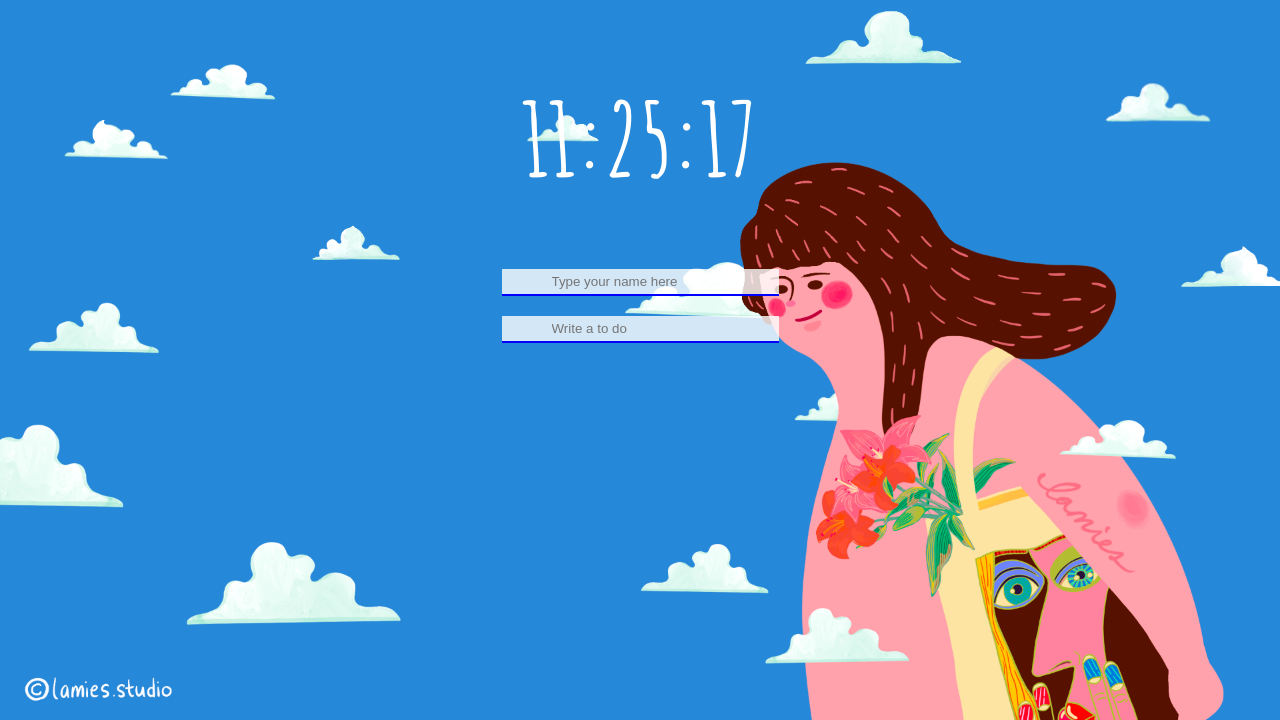
Repository: haleyjung/chrome_app
Page: index.html
An editor plug-in stored every save of this project. The page is shown before and after the next save, followed by the edit.
The browser window is 1280 px wide. The pictures show the whole page.

Above is the page before, as saved 2020-11-23 15:28:28.

After the next save:
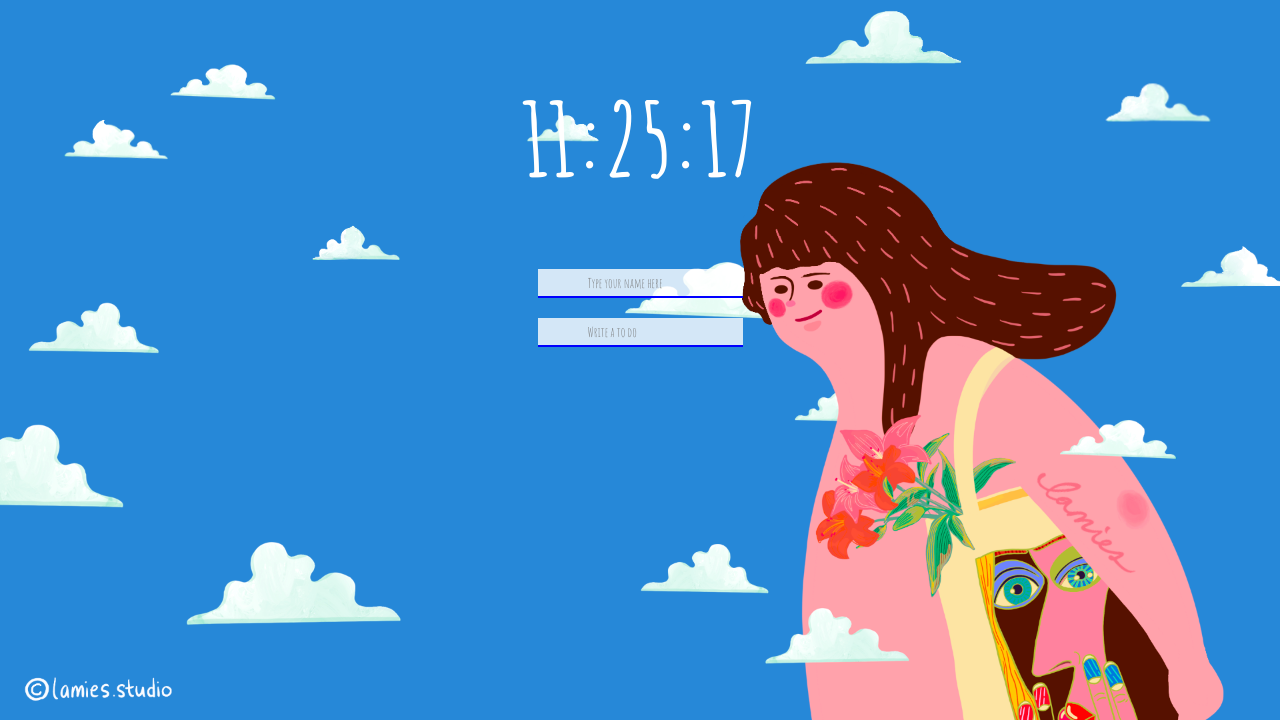
Saved 33 s later.
--- a/index.css
+++ b/index.css
@@ -1,4 +1,8 @@
 @import url("https://fonts.googleapis.com/css2?family=Amatic+SC:wght@400;700&display=swap");
+
+* {
+  font-family: "Amatic SC", cursive;
+}
 
 body {
   background-color: palevioletred;
@@ -7,7 +11,7 @@ body {
   flex-direction: column;
   justify-content: center;
   align-items: center;
-  font-family: "Amatic SC", cursive;
+  font-weight: 700;
 }
 
 .js-clock {
@@ -33,6 +37,7 @@ input {
   margin-bottom: 20px;
   background-color: rgba(255, 255, 255, 0.8);
   padding: 5px 50px;
+  font-weight: 400;
 }
 
 .form,
